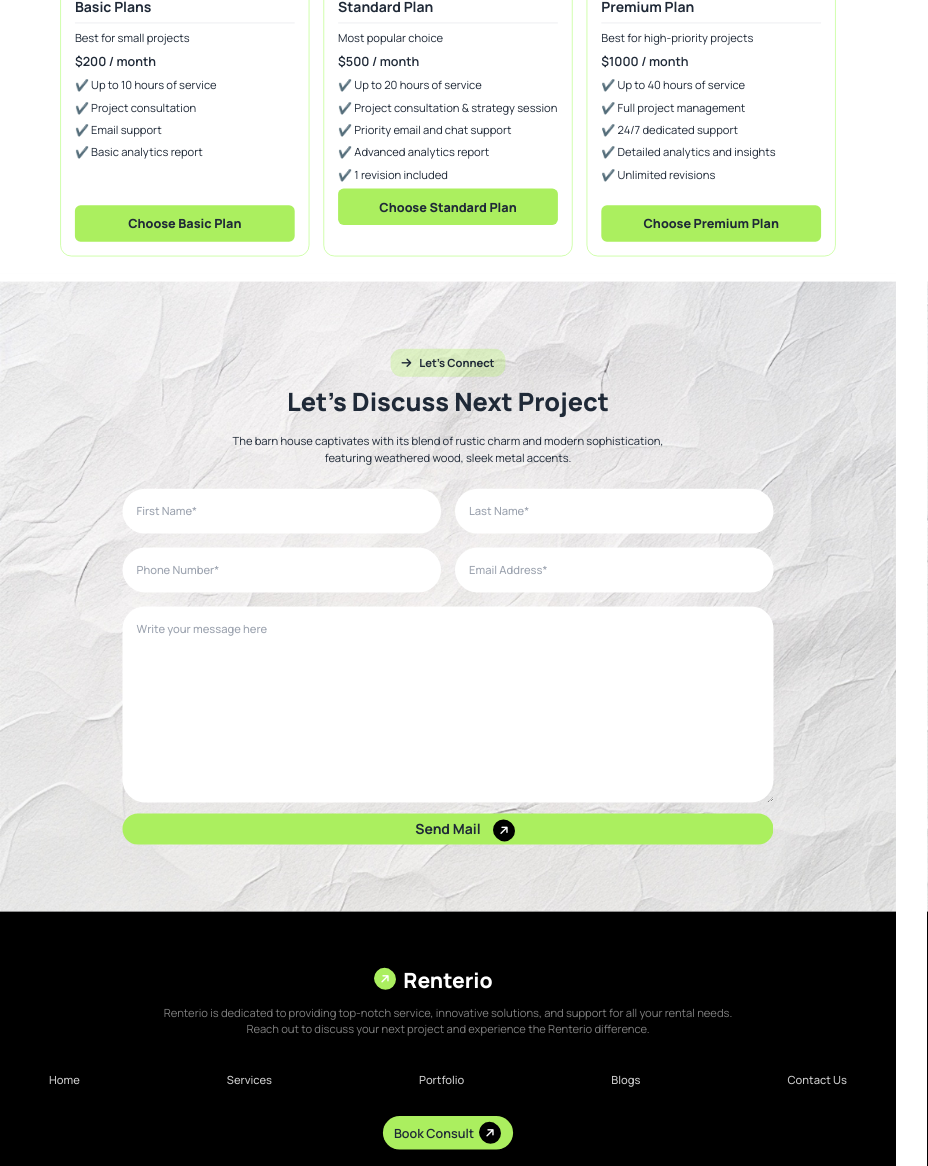
Repository: Tanvir4312/assignment-03
Page: index.html
These files come from the project's save history. The page is drawn as it stood at one moment and after the next save; the edit follows.
The browser window is 1280 px wide. The page is 1325 px wide, so the pictures cover 1325 px, including what lies to the right of the window. The pictures show the part of the page from y = 3356 to 5196 px (the page is 5022 px tall before and 5196 px after), at 70% of full size.
Some web libraries are served in a nearby version.

Above is the page before, as saved 2024-10-30 22:08:29.

After the next save:
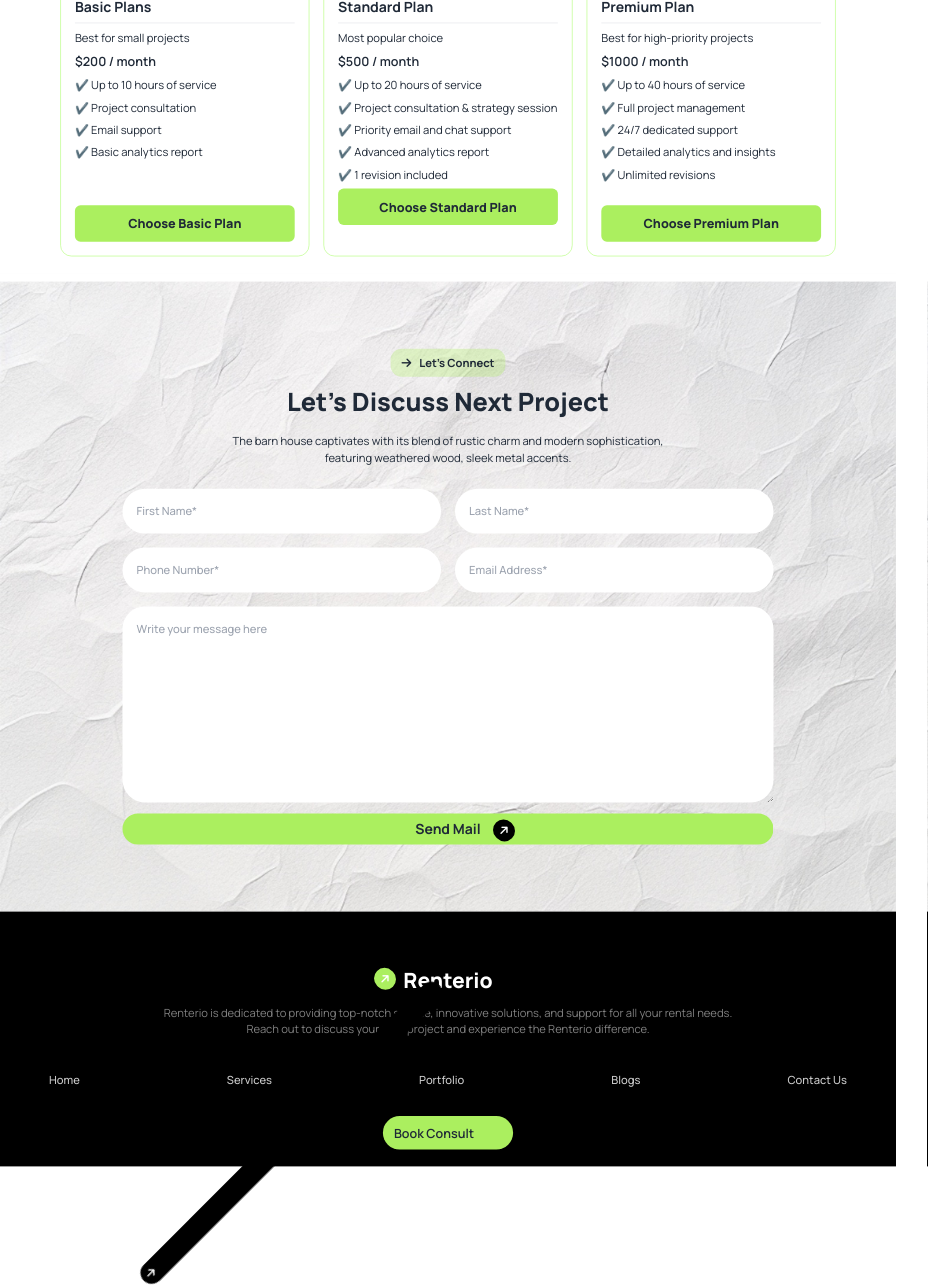
Saved 15 s later.
--- a/index.html
+++ b/index.html
@@ -429,7 +429,7 @@
                         Consult</button>
                 </div>
                 <i
-                    class="fa-solid fa-arrow-right -rotate-45 bg-black text-white p-2 rounded-full md:absolute md:top-2 md:right-[495px] absolute bottom-2"></i>
+                    class="fa-solid fa-arrow-right -rotate-45 bg-black text-white p-2 rounded-full md:absolute md:top-2 md:right-[495px] absolute bottom-2 left-12"></i>
             </div>
 
         </div>
